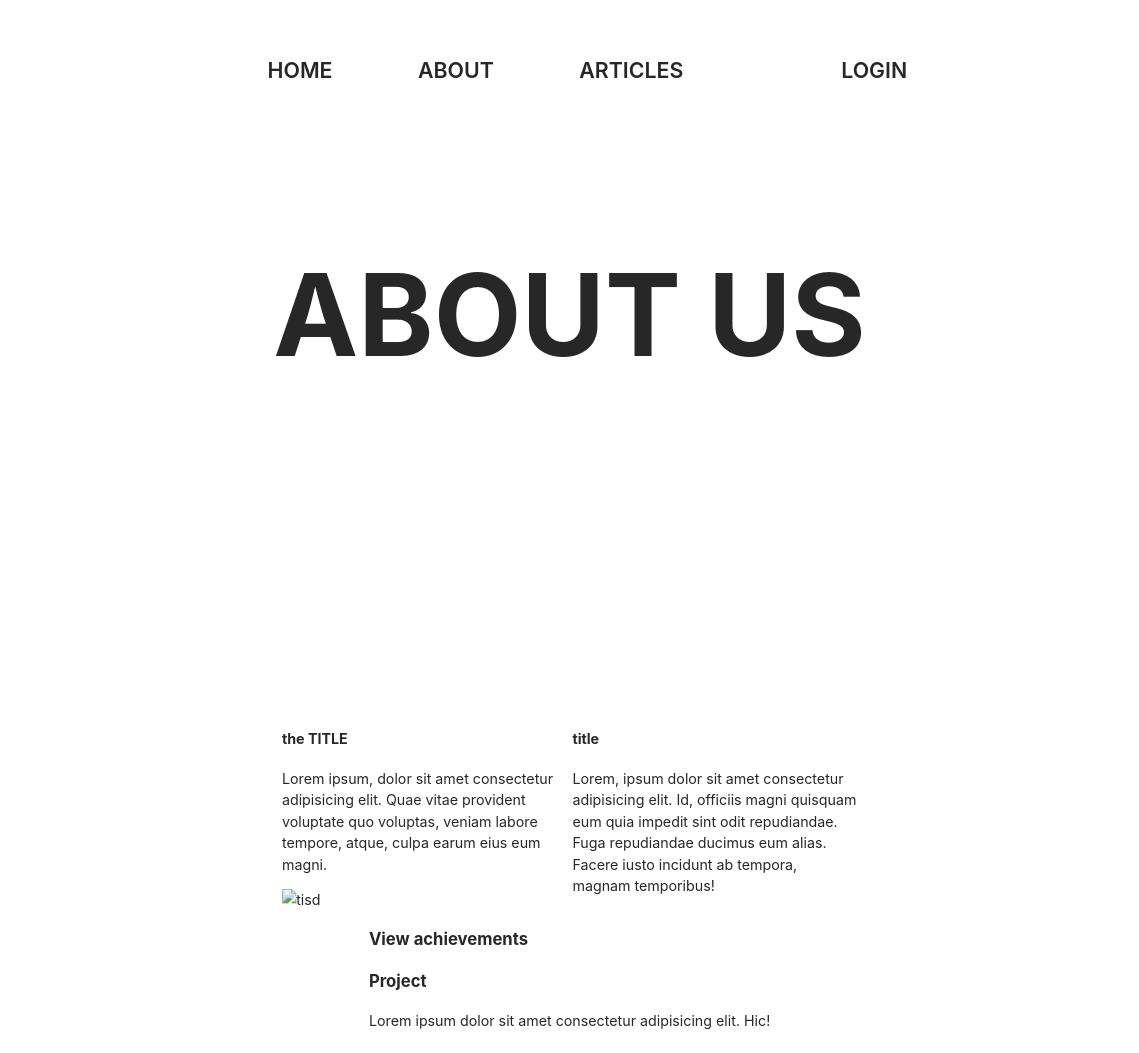
Repository: ValGrace/-static-site
Page: /about (app in client/)
An editor plug-in stored every save of this project. The page is shown before and after the next save, followed by the edit.
The browser window is 1280 px wide. The pictures show the whole page, at 89% of full size.
The project was rebuilt for these pictures with package versions that can differ from the ones it lists, and the page was loaded fresh each time. Also part of the build but not shown: client/vite.config.js, client/src/Utils/appwrite.js, client/src/Components/Inputs.css, client/src/Components/Login.jsx, client/src/Components/Signup.jsx, client/src/Components/HomeSection.jsx, client/src/Components/TopSection.jsx, client/src/Pages/HomePage.jsx.

Above is the page before, as saved 2023-02-07 12:56:48.

After the next save:
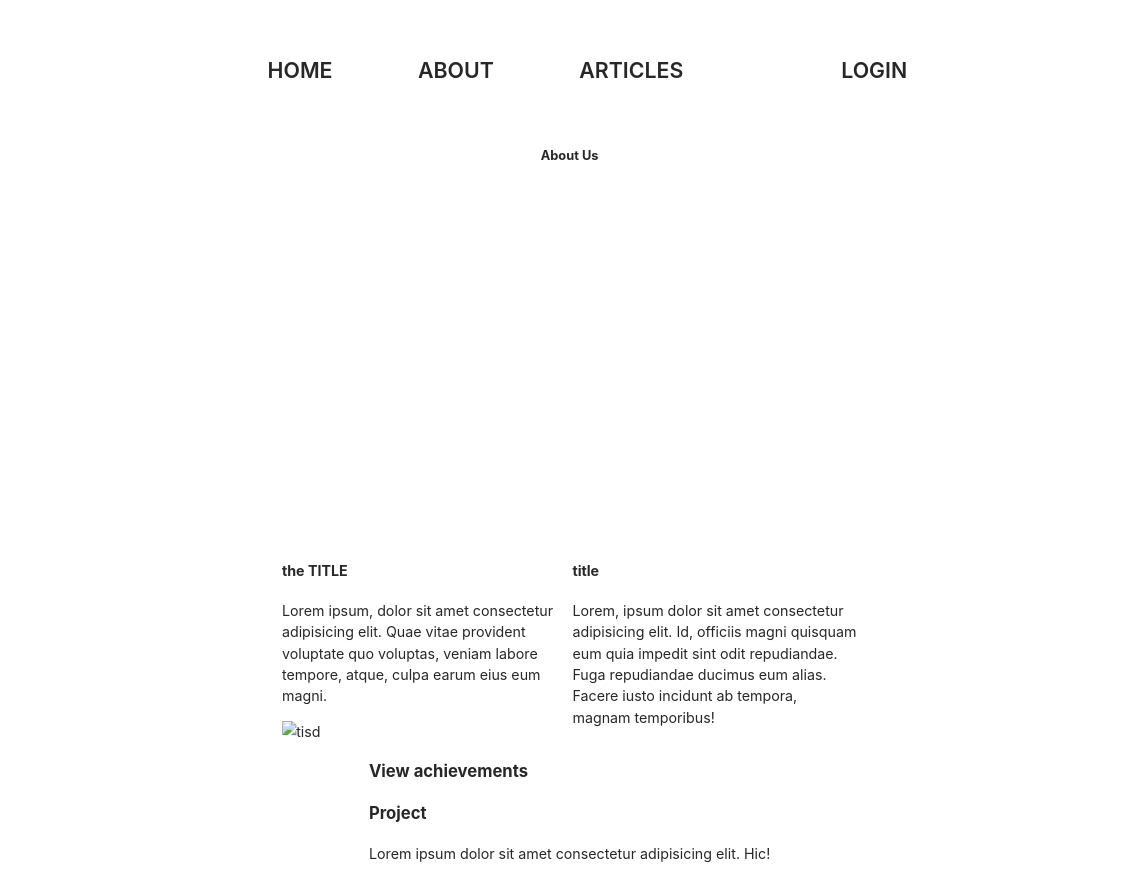
Saved 84 s later.
--- a/client/src/Components/InfoPage.css
+++ b/client/src/Components/InfoPage.css
@@ -1,6 +1,6 @@
 #about-page {
-    font-size: 8rem;
-    text-transform: uppercase;
+    font-size:0.9rem;
+    text-transform: capitalize;
 
     width: 80vw;
     height: 60vh;
